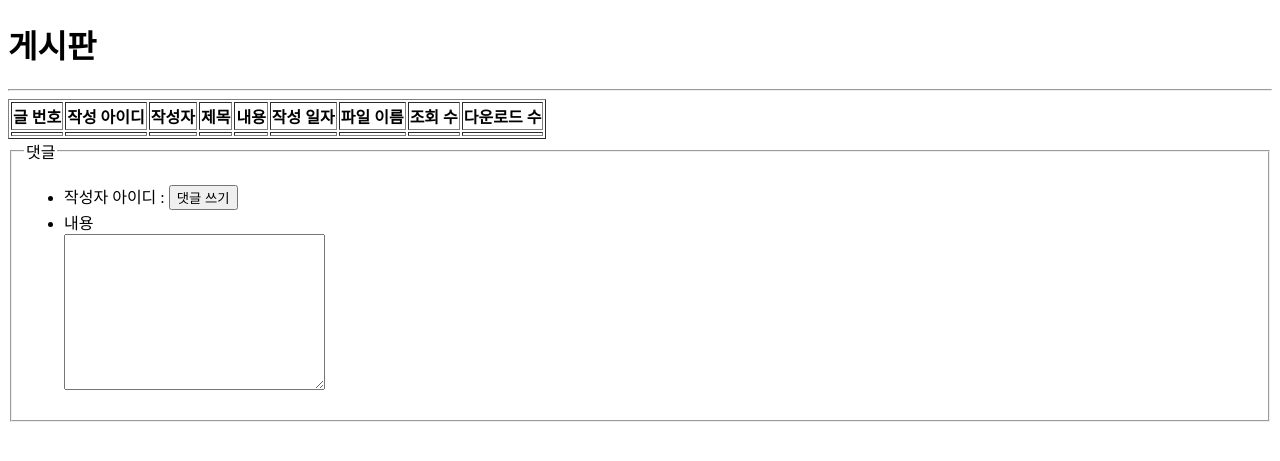
Repository: khy4701/JavaServerPage-Servlet
Page: http://localhost/07.BoardProejct/View.jsp
The author's editor kept a copy of each file at every save. The page is drawn from the files as they stood at one save, then again after the next save.
The browser window is 1280 px wide. The pictures show the whole page.
The page is served by Tomcat 9.

Above is the page before, as saved 2016-07-27 00:44:57.

After the next save:
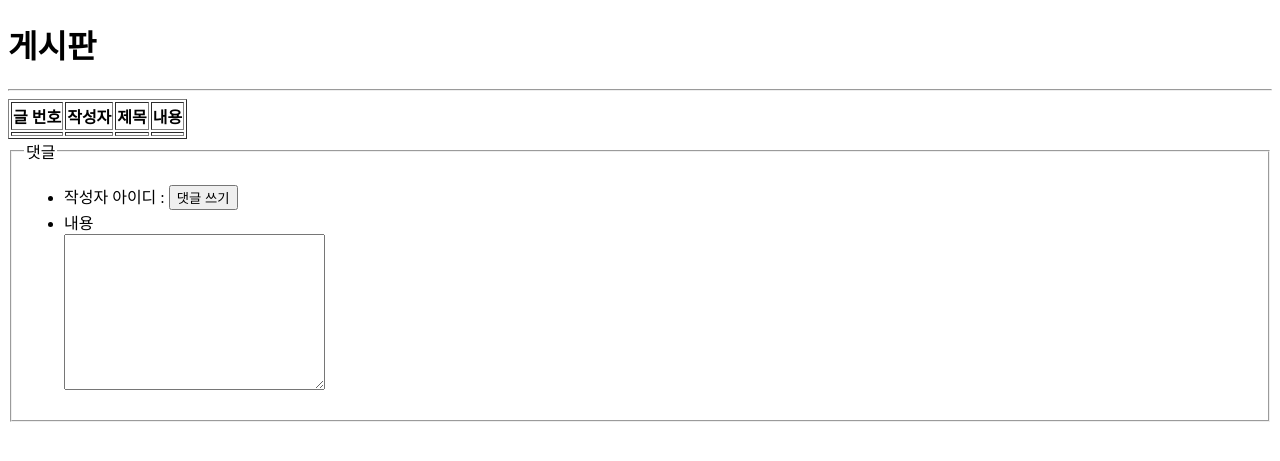
Saved 73 s later.
--- a/07.BoardProejct/WebContent/View.jsp
+++ b/07.BoardProejct/WebContent/View.jsp
@@ -16,18 +16,14 @@
 <c:set var ="content" value= "${requestScope.ContentInfo}"/>
 <table border ="1">
 
-<tr><th> 글 번호 </th> <th> 작성 아이디</th><th>작성자 </th> <th> 제목</th>
-<th>내용 </th> <th>작성 일자</th> <th>파일 이름</th> <th>조회 수</th> <th> 다운로드 수</th> </tr>
+<tr><th> 글 번호 </th> <th>작성자 </th> <th> 제목</th>
+<th>내용 </th> </tr>
 
     <tr><td> ${content.num }        </td>
-    <td align ="center"> ${content.id }  			</td>
     <td align ="center"> ${content.name }			</td>
     <td align ="center"> ${content.title }  		</td>
     <td align ="center"> ${content.content }  	  	</td>
-    <td align ="center"> ${content.writeDate }   	</td>
-    <td align ="center"> ${content.fileName }   	</td>
-    <td align ="center"> ${content.readCount }  	</td>
-    <td align ="center"> ${content.downCount } 		</td></tr>
+
 
 </table>
 
